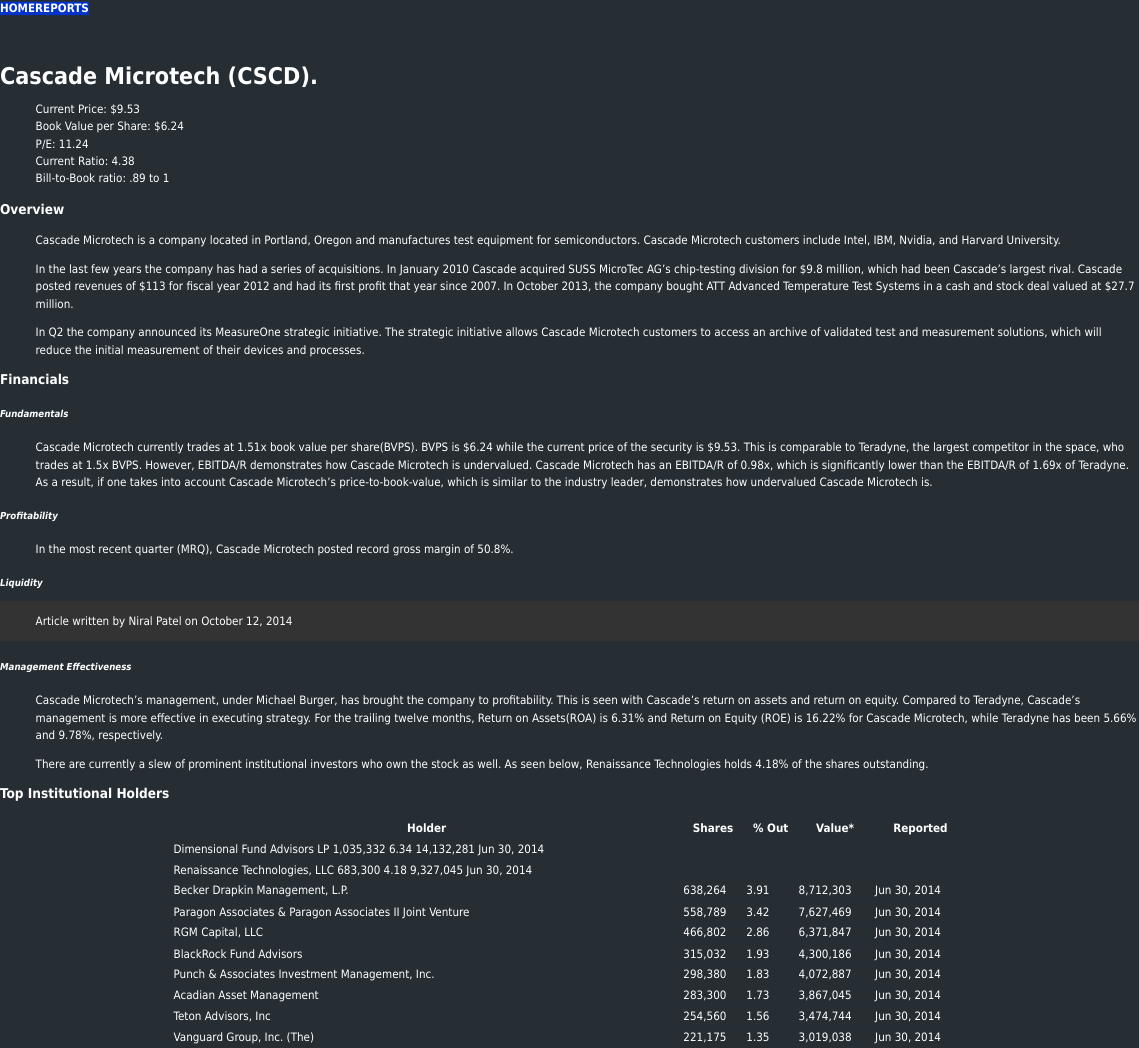
Repository: MilapNaik/Sharpereturns
Page: reports.html
The author's editor kept a record of every edit. The page is drawn from the files as they stood at one moment, then again after the next edit.
The browser window is 1280 px wide. The pictures show the whole page, at 89% of full size.

Above is the page before.

### reports.html
<!DOCTYPE html>
<html>
<head>
<meta charset="UTF-8">

	<title>Stock Reviews</title>

	<link rel="stylesheet" type="text/css" href="style.css"/>

	<!--[if lt IE 9]>
  	<script src="http://html5shiv.googlecode.com/svn/trunk/html5.js"></script>
  	<![endif]-->
</head>
<body>
	<nav>
	<ul>
		<li><a href="/index.html">Home</a></li>
		<li><a href="/reports.html">Reports</a></li>
	</ul>
	</nav>
	<br>
	<br>


	<h1>Cascade Microtech (CSCD).</h1>

	<p>
	Current Price: $9.53<br>
	Book Value per Share: $6.24<br>
	P/E: 11.24<br>
	Current Ratio: 4.38<br>
	Bill-to-Book ratio: .89 to 1<br>
	</p>

	<h3>Overview</h3>
	<p>
		Cascade Microtech is a company located in Portland, Oregon
	and manufactures test equipment for semiconductors. Cascade
	Microtech customers include Intel, IBM, Nvidia, and Harvard
	University.
	</p>

	<p>
	In the last few years the company has had a series of acquisitions.
	In January 2010 Cascade acquired SUSS MicroTec AG’s chip-testing
	division for $9.8 million, which had been Cascade’s largest rival.
	Cascade posted revenues of $113 for fiscal year 2012 and had its
	first profit that year since 2007. In October 2013, the company
	bought ATT Advanced Temperature Test Systems in a cash and stock deal
	valued at $27.7 million.
	</p>

	<p>
	In Q2 the company announced its MeasureOne strategic initiative.
	The strategic initiative allows Cascade Microtech customers to
	access an archive of validated test and measurement solutions,
	which will reduce the initial measurement of their devices and
	processes.
	</p>

	<h3>Financials</h3>

	<h5>Fundamentals</h5>
	<p>
	Cascade Microtech currently trades at 1.51x book value per
	share(BVPS). BVPS is $6.24 while the current price of the security
	is $9.53. This is comparable to Teradyne, the largest competitor
	in the space, who trades at 1.5x BVPS. However, EBITDA/R demonstrates
	how Cascade Microtech is undervalued. Cascade Microtech has an
	EBITDA/R of 0.98x, which is significantly lower than the EBITDA/R
	of 1.69x of Teradyne. As a result, if one takes into account
	Cascade Microtech’s price-to-book-value, which is similar to the
	industry leader, demonstrates how undervalued Cascade Microtech is.
	</p>

	<h5>Profitability </h5>
	<p>
	In the most recent quarter (MRQ), Cascade Microtech posted record
	gross margin of 50.8%.
	</p>

	<h5>Liquidity</h5>
	<p>
	According to the MRQ, Cascade Microtech boasts a current ratio of 4.38x.
	This is impressive as Cascade Microtech has boosted R&D expenditure.
	In addition, it is relatively higher when compared to Teradyne’s current
	ratio of 3.75x.
	</p>

	<h5>Management Effectiveness</h5>
	<p>
	Cascade Microtech’s management, under Michael Burger, has brought the
	company to profitability. This is seen with Cascade’s return on assets
	and return on equity. Compared to Teradyne, Cascade’s management is more
	effective in executing strategy. For the trailing twelve months, Return
	on Assets(ROA) is 6.31% and Return on Equity (ROE) is 16.22% for Cascade
	Microtech, while Teradyne has been 5.66% and 9.78%, respectively.
	</p>

	<p>
	There are currently a slew of prominent institutional investors who
	own the stock as well. As seen below, Renaissance Technologies holds
	4.18% of the shares outstanding.
	</p>

	<h3>Top Institutional Holders</h3>

<table id = "holders">
  	<th>
	Holder
	</th>
	<th>
	Shares
	</th>
	<th>
	% Out
	</th>
	<th>
	Value*
	</th>
	<th>
	Reported
	</th>
	<tr>
		<td>
		Dimensional Fund Advisors LP
		1,035,332
		6.34
		14,132,281
		Jun 30, 2014
	<tr>
		<td>
		Renaissance Technologies, LLC
		683,300
		4.18
		9,327,045
		Jun 30, 2014
	<tr>
		<td>Becker Drapkin Management, L.P.</td>
		<td>638,264</td>
		<td>3.91</td>
		<td>8,712,303</td>
		<td>Jun 30, 2014</td>
	</tr>
	<tr>
		<td>Paragon Associates & Paragon Associates II Joint Venture</td>
		<td>558,789</td>
		<td>3.42</td>
		<td>7,627,469</td>
		<td>Jun 30, 2014</td>
	</tr>
	<tr>
		<td>RGM Capital, LLC</td>
		<td>466,802</td>
		<td>2.86</td>
		<td>6,371,847</td>
		<td>Jun 30, 2014</td>
	</tr>
	<tr>
		<td>BlackRock Fund Advisors</td>
		<td>315,032</td>
		<td>1.93</td>
		<td>4,300,186</td>
		<td>Jun 30, 2014</td>
	</tr>
	<tr>
		<td>Punch & Associates Investment Management, Inc.</td>
		<td>298,380</td>
		<td>1.83</td>
		<td>4,072,887</td>
		<td>Jun 30, 2014</td>
	</tr>
	<tr>
		<td>Acadian Asset Management</td>
		<td>283,300</td>
		<td>1.73</td>
		<td>3,867,045</td>
		<td>Jun 30, 2014</td>
	</tr>
	<tr>
		<td>Teton Advisors, Inc</td>
		<td>254,560</td>
		<td>1.56</td>
		<td>3,474,744</td>
		<td>Jun 30, 2014</td>
	</tr>
	<tr>
		<td>Vanguard Group, Inc. (The)</td>
		<td>221,175</td>
		<td>1.35</td>
		<td>3,019,038</td>
		<td>Jun 30, 2014</td>
	</tr>
</table>


</body>
<footer>
	<p class="date">Article written by Niral Patel on October 12, 2014</p>
</footer>
</html>

### style.css
header, section, footer, aside, nav, main, article, figure {
    display: block;
}

body {
    margin: 0;
    padding: 0;
    color: #FFFFFF;
    font-family: Tahoma, Geneva, sans-serif;
    font-size: 13px;
    line-height: 1.5em;
    background-color: #262e34;

}
nav ul {
    list-style-type: none;
    margin: 0;
    padding: 0;
    overflow: hidden;
    width: 900px;

}
nav ul li {
    list-style-type: none;
    display: inline;
    float: left;
}

nav a:link, a:visited {
    /*display: block;*/
    width: 135px;
    font-weight: bold;
    color: #FFFFFF;
    background-color: #0033CC;
    text-align: center;
    padding: 0px;
    text-decoration: none;
    text-transform: uppercase;
}

h3{
   font-weight:bold;
}

h5{
   font-style: italic;
}

p{
    margin-left: 40px;
}

#holders {
width:70%;
margin-left:15%;
margin-right:15%;
}

footer {
    background-color: #333;
    width: 100%;
    bottom: 0;
    position: fixed;
}

.date{
    position: absoulte;
    right: 0px;
    bottom: 0px;
}

After the next edit:
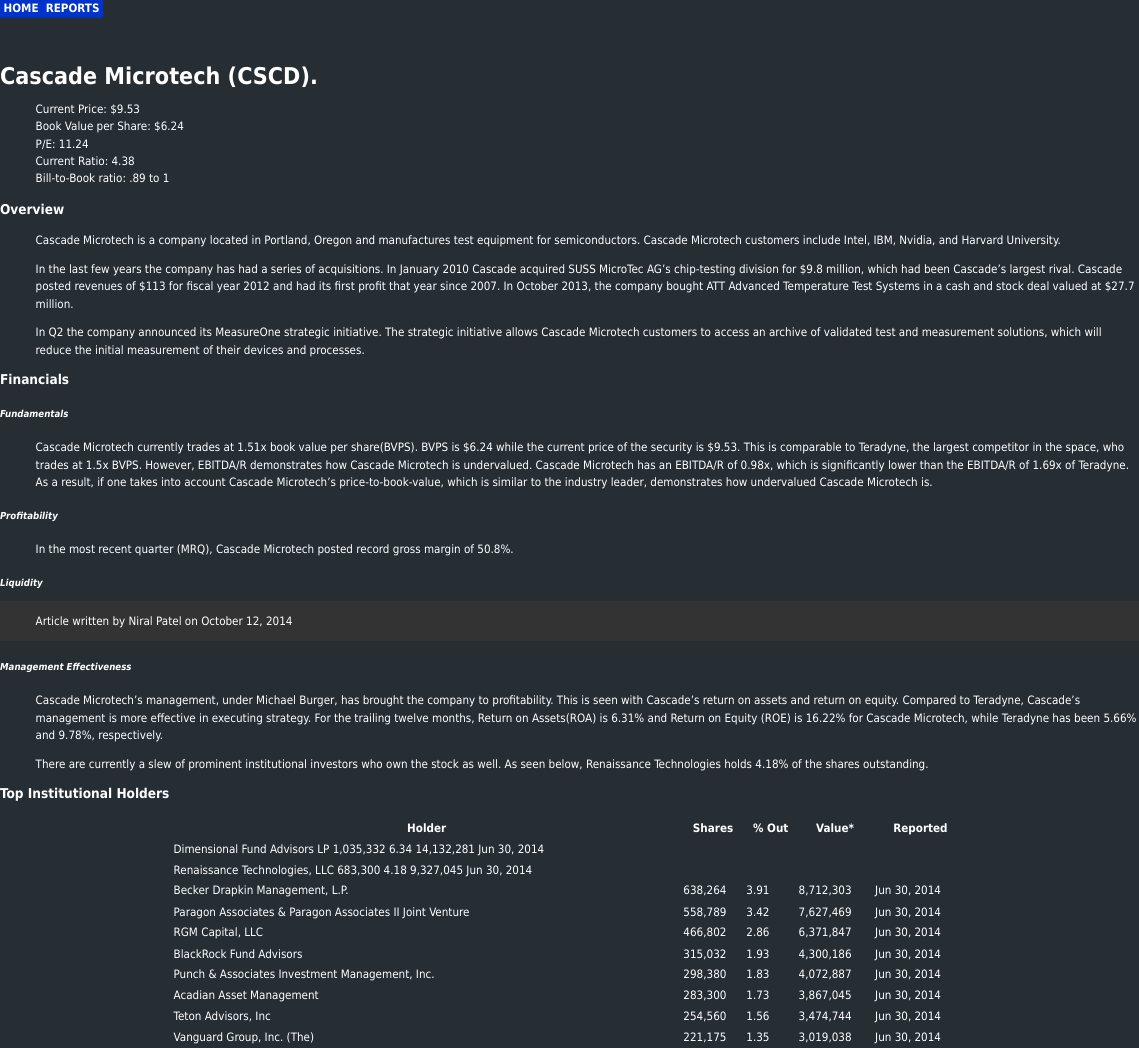
The edit:
--- a/style.css
+++ b/style.css
@@ -33,7 +33,7 @@
     color: #FFFFFF;
     background-color: #0033CC;
     text-align: center;
-    padding: 0px;
+    padding: 4px;
     text-decoration: none;
     text-transform: uppercase;
 }
